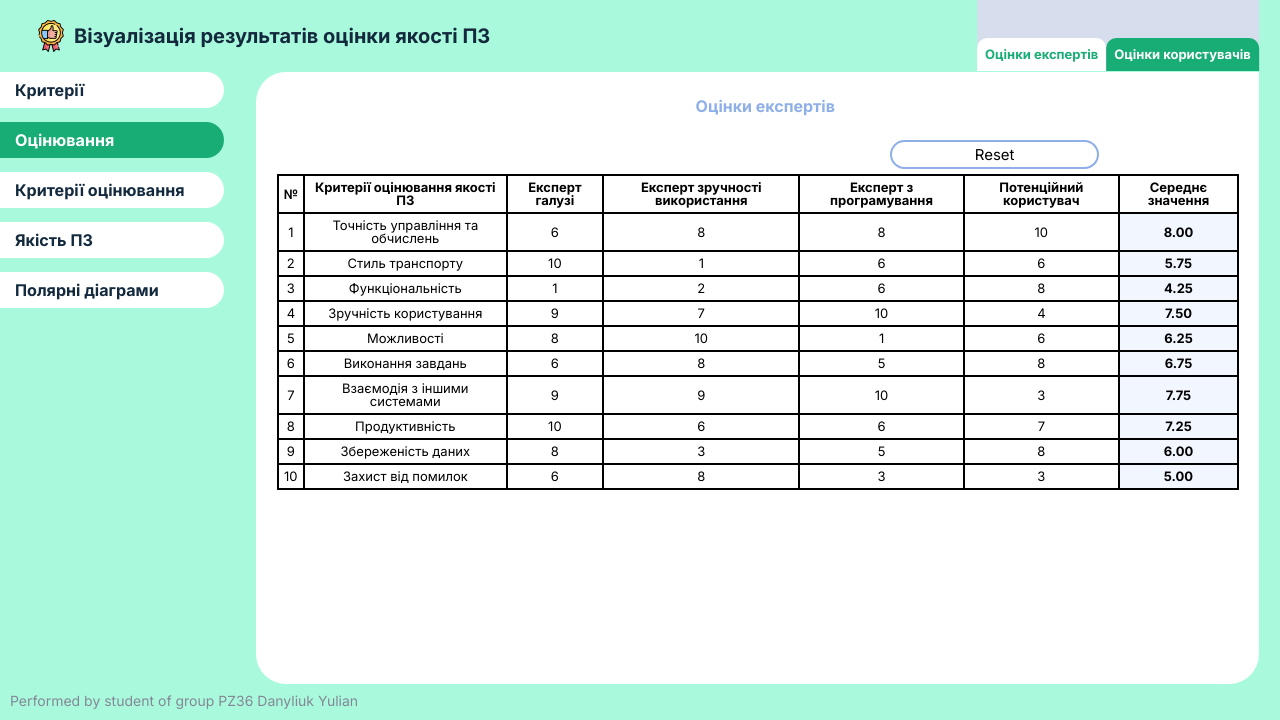
Repository: Akmitliviy/SA
Page: Lab06/lab6/Evaluation.html
An editor plug-in stored every save of this project. The page is shown before and after the next save, followed by the edit.
The browser window is 1280 px wide. The pictures show the whole page.

Above is the page before, as saved 2023-12-07 00:11:05.

### Lab06/lab6/Evaluation.html
<!DOCTYPE html>
<html lang="en">

<head>

    <meta charset="utf-8">
    <meta http-equiv="X-UA-Compatible" content="IE=edge">
    <meta name="viewport" content="width=device-width, initial-scale=1, shrink-to-fit=no">
    <meta name="description" content="">
    <meta name="author" content="">

    <title>Results visualization</title>
    <script src="https://cdnjs.cloudflare.com/ajax/libs/mathjs/11.3.0/math.min.js"></script>
    <link rel="shortcut icon" type="image/png" href="img/icon.png">

    <!-- Custom fonts for this template-->
    <link href="vendor/fontawesome-free/css/all.min.css" rel="stylesheet" type="text/css">
    <link
        href="https://fonts.googleapis.com/css?family=Nunito:200,200i,300,300i,400,400i,600,600i,700,700i,800,800i,900,900i"
        rel="stylesheet">

    <!-- Custom styles for this template-->
    <link rel="stylesheet" href="https://fonts.googleapis.com/css2?family=Inter:wght@400;700&display=swap">
    <link href="css/sb-admin-2.css" rel="stylesheet">
    <link href="css/ResultsVisualization.css" rel="stylesheet">
</head>

<body id="page-top">

    <!-- Topbar -->
    <nav class="navbar">
        <!-- Sidebar Toggler (Sidebar) -->
        <div class="d-flex align-items-center justify-content-left">
            <img class="pl-4" src="img/icon.png" alt="icon">
            <span class="ml-2">Візуалізація результатів оцінки якості ПЗ</span>
        </div>
        <!-- Topbar Navbar -->
        <ul class="navbar-nav ml-auto">

        </ul>
    </nav>
    <div class="tabs">
        <button class="tablink" onclick="openPage('expert-evaluation-content', this)" id="defaultOpen">Оцінки експертів</button>
        <button class="tablink" onclick="openPage('user-evaluation-content', this)" title="Оцінки потенційних користувачів">Оцінки користувачів</button>
    </div>
    <!-- Page Wrapper -->
    <div id="wrapper">

        <!-- Sidebar -->
        <ul class="navbar-nav  sidebar  accordion" id="accordionSidebar">

            <li class="nav-item">
                <a class="nav-link pb-2"  href="Criteria.html">
                    <div class="d-flex align-items-center justify-content-left">
                        <span>Критерії</span>
                    </div>
                </a>
            </li>

            <li class="nav-item">
                <a class="nav-link pt-2 pb-2">
                    <div class="d-flex align-items-center justify-content-left" style="background-color: rgb(24, 173, 116); color: white;">
                        <span>Оцінювання</span>
                    </div>
                </a>
            </li>

            <li class="nav-item">
                <a class="nav-link pt-2 pb-2" href="EvaluationCriteria.html">
                    <div class="d-flex align-items-center justify-content-left">
                        <span>Критерії оцінювання</span>
                    </div>
                </a>
            </li>

            <li class="nav-item">
                <a class="nav-link pt-2 pb-2" href="SoftwareQuality.html">
                    <div class="d-flex align-items-center justify-content-left">
                        <span>Якість ПЗ</span>
                    </div>
                </a>
            </li>

            <li class="nav-item">
                <a class="nav-link pt-2 pb-2" href="PolarDiagrams.html">
                    <div class="d-flex align-items-center justify-content-left">
                        <span>Полярні діаграми</span>
                    </div>
                </a>
            </li>

        </ul>
        <!-- End of Sidebar -->

        <!-- Content Wrapper -->
        <div id="content-wrapper" class="d-flex flex-column">
            <!-- Main Content -->
            <div id="content">
                <div id="expert-evaluation-content" class="tabcontent" style="border-top-left-radius: 30px; border-bottom-left-radius: 30px; border-bottom-right-radius: 30px;">
                    <div  style="width: 100%;">
                        <p class="mt-4 mb-4 ml-4">Оцінки експертів</p>
                        <div class="d-flex justify-content-end" style="margin-right: 10px;">
                            <button class="select-all" onclick="reset(this)" data-table="0" data-key="table2Key" data-i1="1" data-i2="11" data-j1="2" data-j2="7">Reset</button>
                        </div>
                        <div class="ml-4 table-2"></div>
                    </div>
                </div>
                <div id="user-evaluation-content" class="tabcontent" style="border-top-left-radius: 30px; border-bottom-left-radius: 30px; border-bottom-right-radius: 30px;">
                    <div  style="width: 100%;">
                        <p class="mt-4 mb-4 ml-4">Оцінки потенційних користувачів</p>
                        <div class="d-flex justify-content-end" style="margin-right: 10px;">
                            <button class="select-all" onclick="reset(this)" data-table="1" data-key="table3Key" data-i1="1" data-i2="11" data-j1="2" data-j2="23">Reset</button>
                        </div>
                        <div class="ml-4 table-3 mr-4"></div>
                    </div>
                </div>

                <!-- Page Heading -->
            </div>
            <!-- End of Main Content -->
        </div>
        <!-- End of Content Wrapper -->
    </div>
    <!-- End of Page Wrapper -->

    <!-- Footer -->
    <footer class="footer">

            <div class="copyright text-left my-auto">
                <span>Performed by student of group PZ36 Danyliuk Yulian</span>
            </div>

    </footer>
    <!-- End of Footer -->

    <!-- Bootstrap core JavaScript-->
    <script src="vendor/jquery/jquery.min.js"></script>
    <script src="vendor/bootstrap/js/bootstrap.bundle.min.js"></script>

    <!-- Core plugin JavaScript-->
    <script src="vendor/jquery-easing/jquery.easing.min.js"></script>

    <!-- Custom scripts for all pages-->
    <script src="js/sb-admin-2.js"></script>
    <script src="js/tabs.js"></script>
    <script src="js/functions.js"></script>
    <script src="js/createTable2.js"></script>
    <script src="js/createTable3.js"></script>
</body>

</html>

### Lab06/lab6/css/ResultsVisualization.css
  /*Обнулення*/
  *{
      padding: 0;
      margin: 0;
      border: 0;
    }
    *,*:before,*:after{
      -moz-box-sizing: border-box;
      -webkit-box-sizing: border-box;
      box-sizing: border-box;
    }
    :focus,:active{outline: none;}
    a:focus,a:active{outline: none;}
    nav,footer,header,aside{display: block;}
    html,body{
      height: 100%;
      width: 100%;
      font-size: 100%;
      line-height: 1;
      font-size: 14px;
      -ms-text-size-adjust: 100%;
      -moz-text-size-adjust: 100%;
      -webkit-text-size-adjust: 100%;
    }
    input,button,textarea{font-family:inherit;}
    input::-ms-clear{display: none;}
    button{cursor: pointer;}
    button::-moz-focus-inner {padding:0;border:0;}
    a, a:visited{text-decoration: none;}
    a:hover{text-decoration: none;}
    ul li{list-style: none;}
    img{vertical-align: top;}
    h1,h2,h3,h4,h5,h6{font-size:inherit;font-weight: 400;}

  body {
      background-color: rgb(169, 250, 220);
      overflow: hidden; /* Заборона прокрутки на рівні тіла сторінки */
      height: 100%;
      margin: 0;
      font-family: 'Inter', sans-serif;
  }

  .navbar{
    height: 10%;
  }

  .nav-item img {
      width: 25%;
  }

  #wrapper {
      height: 85%; /* 100% висота відносно видимого вікна */
      overflow: hidden; /* Заборона прокрутки в обгортці */
  }

  #content-wrapper {
      /*height: calc(100vh - 56px); /* 56px - висота вашого навбару */
      overflow: hidden;
      display: flex;
      flex-direction: column;
      position: relative; /* Зробимо wrapper відносної позиції */
  }

  #content {
      flex-grow: 1;
      overflow-y: auto;
      overflow: hidden;
  }

  .footer {
      height: 5%;
      background-color: transparent; /* Колір фону вашого футера */
      padding: 10px;
      text-align: center;
      margin-top: auto; /* Розміщення футера внизу контейнера */
  }

  .nav-item span {
    font-family: 'Inter', sans-serif;
    font-weight: bold;
    font-size: 40px;
    margin-left: 5px;
  }

  .nav-item div {
    color: #13293D;
    text-decoration: none;
    background-color: white;
    border-top-right-radius: 30px;
    border-bottom-right-radius: 30px;
    padding: 10px;
  }

  .nav-item img {
    width: 20%;
    margin-right: 10px;
    height: 30px;
    width: 30px;
  }

  .navbar span {
    font-family: 'Inter', sans-serif;
    font-weight: bold;
    font-size: 20px;
    margin-left: 5px;
    color:#13293D;
  }

  .tabs {
    position: absolute;
    top: 0;
    left: 98.35%;
    transform: translateX(-100%);
    z-index: 2;
    background-color: #D6DEEE;
    display: flex;
    flex-direction: row;
    padding-top: 38px;
    width: max-content; /* Змінено на max-content */
  }


.sidebar-toggled .tabs {
      left: 98% !important;
}


  .tablink {
    background-color: rgb(24, 173, 116);
    color: rgb(24, 173, 116);
    border: none;
    outline: none;
    cursor: pointer;
    padding: 10px 8px;
    font-size: 13px;
    font-weight: 600;
    box-sizing: border-box;
    text-align: center;
    border-top-left-radius: 10px;
    border-top-right-radius: 10px;
  }

  .tablink:hover {
    background-color: rgb(24, 173, 116)
    }


#defaultOpen {
  background-color: white;
  color: #8EAFE8;
}

.tabcontent {
  display: flex;
  flex-direction: row;
  align-items: stretch;
  margin-right: 5%;
  margin-left: 3%;
}

#criteria-content,
#field-diagram-content,
#usability-diagram-content,
#programming-diagram-content,
#users-diagram-content,
#aggregated-diagram-content,
#generalized-diagram-content,
#expert-evaluation-content,
#user-evaluation-content,
#expert-type-content,
#calculation-results-content{
    background-color: white;
    height: 100%;
    width: 95%;
    overflow: hidden;
  }

p{
  color: #8EAFE8;
  font-size: 16px;
  font-weight: bold;
  padding: 5px 5px 5px 0px;
  text-align: center;
}

.table-container {
  max-height: 100px; /* Set a max height for the container */
  overflow-y: auto; /* Enable vertical scrolling */
  margin-bottom: 15px;
}

table, th, td {
  border: 2px solid black;
  font-family: 'Inter', sans-serif;
  font-size: 13px;
  color: black;
  padding: 5px;
  text-align: center;
}

.select-all{
  font-family: 'Inter', sans-serif;
  font-size: 15px;
  border-radius: 20px;
  border: solid #8EAFE8 2px;
  background-color: white;
  width: 21%;
  margin-left: auto;
  margin-bottom: 5px;
  margin-right: 150px;
  padding: 5px;
}


/* Зелений колір для низького пріоритету */
.low-priority {
  background-color: #CCFFE5; /* Зелений колір */
}

/* Жовтий колір для середнього пріоритету */
.medium-priority {
  background-color: #FFFFCC; /* Жовтий колір */
}

/* Червоний колір для високого пріоритету */
.high-priority {
  background-color: #FFCCCC; /* Червоний колір */
}

input {
  background-color: transparent;
}

.invalid-input {
  background-color: #ffe6e6; /* Фон червоного кольору */
  color: red; /* Колір тексту червоний */
}

.table-2,
.table-3 {
  width: 100%; /* або будь-яке інше значення, яке вам потрібно */
  height: 433px; /* або будь-яке інше значення, яке вам потрібно */
  overflow: auto; /* додати горизонтальний та вертикальний scrollbars, коли вони необхідні */
  padding-right: 20px;
}

.table-1 tr td:last-child,
.table-2 tr td:last-child,
.table-3 tr td:last-child,
.table-4 tr td:last-child {
  background-color: #F2F6FF;
  font-weight: bold;
}

.centered-items {
  display: flex;
  align-items: center;     /* Center items vertically */
  flex-direction: column;  /* Stack children vertically */
}

.canvaDiagram {
  margin-top: 80px;
}

### Lab06/lab6/js/sb-admin-2.js
(function($) {
  "use strict"; // Start of use strict

  // Toggle the side navigation
  $("#sidebarToggle, #sidebarToggleTop").on('click', function(e) {
    $("body").toggleClass("sidebar-toggled");
    $(".sidebar").toggleClass("toggled");
    if ($(".sidebar").hasClass("toggled")) {
      $('.sidebar .collapse').collapse('hide');
    };
  });

  // Close any open menu accordions when window is resized below 768px
  $(window).resize(function() {
    if ($(window).width() < 768) {
      $('.sidebar .collapse').collapse('hide');
    };

    // Toggle the side navigation when window is resized below 480px
    if ($(window).width() < 480 && !$(".sidebar").hasClass("toggled")) {
      $("body").addClass("sidebar-toggled");
      $(".sidebar").addClass("toggled");
      $('.sidebar .collapse').collapse('hide');
    };
  });

  // Prevent the content wrapper from scrolling when the fixed side navigation hovered over
  $('body.fixed-nav .sidebar').on('mousewheel DOMMouseScroll wheel', function(e) {
    if ($(window).width() > 768) {
      var e0 = e.originalEvent,
        delta = e0.wheelDelta || -e0.detail;
      this.scrollTop += (delta < 0 ? 1 : -1) * 30;
      e.preventDefault();
    }
  });

  // Scroll to top button appear
  $(document).on('scroll', function() {
    var scrollDistance = $(this).scrollTop();
    if (scrollDistance > 100) {
      $('.scroll-to-top').fadeIn();
    } else {
      $('.scroll-to-top').fadeOut();
    }
  });

  // Smooth scrolling using jQuery easing
  $(document).on('click', 'a.scroll-to-top', function(e) {
    var $anchor = $(this);
    $('html, body').stop().animate({
      scrollTop: ($($anchor.attr('href')).offset().top)
    }, 1000, 'easeInOutExpo');
    e.preventDefault();
  });

})(jQuery); // End of use strict

### Lab06/lab6/js/tabs.js
function openPage(pageName, elmnt) {
  var i, tabcontent, tablinks;
  tabcontent = document.getElementsByClassName("tabcontent");
  for (i = 0; i < tabcontent.length; i++) {
    tabcontent[i].style.display = "none";
  }
  tablinks = document.getElementsByClassName("tablink");
  for (i = 0; i < tablinks.length; i++) {
    tablinks[i].style.backgroundColor = "rgb(24, 173, 116)";
    tablinks[i].style.color = "white";
  }
  var selectedPage = document.getElementById(pageName);
  selectedPage.style.display = "flex";
  elmnt.style.backgroundColor = "white";
  elmnt.style.color = "rgb(24, 173, 116)";
}

// Get the element with id="defaultOpen" and click on it
document.getElementById("defaultOpen").click();

### Lab06/lab6/js/createTable2.js
function generateTable2() {
    const div = document.querySelector(".table-2");
    const table = document.createElement("table");
    let thead = document.createElement("thead");
    table.style.border = "1";

    // Create header
    const headerRow = document.createElement("tr");
    const criteriaHeader = document.createElement("th");
    const th1 = document.createElement("th");
    th1.textContent = "№";
    criteriaHeader.textContent = "Критерії оцінювання якості ПЗ";
    headerRow.appendChild(th1);
    headerRow.appendChild(criteriaHeader);
    const headers = ["Експерт галузі", "Експерт зручності використання", "Експерт з програмування", "Потенційний користувач", "Середнє значення"];
    headers.forEach(header => {
        const th = document.createElement("th");
        th.textContent = header;
        headerRow.appendChild(th);
    });
    thead.appendChild(headerRow);
    table.appendChild(thead);


    let tbody = document.createElement("tbody");

    generateTableRows(10, 7, tbody);
    table.appendChild(tbody);
    table.classList.add("mr-4");
    table.setAttribute("data-key", "table2Key");
    div.appendChild(table);

    fillTableWithStaticData(table);
    fillTableWithRandomNumbers(table,table.getAttribute("data-key"), 1, 11, 2, 6);
    fillPotencialUsers();
}

window.addEventListener("load", function() {
    generateTable2();
    let table = document.querySelectorAll("table")[0];
    addInputListeners(table, 1, 11, 2, 7);
    calculateAverage(table, 1, 11, 2, 7);
    saveDataToLocalStorage(table,table.getAttribute("data-key"),1, 11, 2, 7);
});

function fillPotencialUsers() {
    let table = document.querySelectorAll('table')[0];
    let localStorageArray = JSON.parse(localStorage.getItem('table3Key'));
    if (!localStorageArray) return;
    for(let i = 1; i <= 10; i++) {
        table.rows[i].cells[5].textContent = parseFloat(localStorageArray[i-1]['cell22']);
    }

}

### Lab06/lab6/js/createTable3.js
function generateTable3() {
    const div = document.querySelector(".table-3");
    const table = document.createElement("table");
    let thead = document.createElement("thead");
    table.style.border = "1";

    // Create header
    const headerRow = document.createElement("tr");
    const criteriaHeader = document.createElement("th");
    const th1 = document.createElement("th");
    th1.textContent = "№";
    criteriaHeader.textContent = "Критерії оцінювання якості ПЗ";
    headerRow.appendChild(th1);
    headerRow.appendChild(criteriaHeader);
    let headers = [];
    for (let i = 1; i <= 20; i++) {
        headers.push("User" + i);
    }
    headers.push("Середнє значення");
    headers.forEach(header => {
        const th = document.createElement("th");
        th.textContent = header;
        headerRow.appendChild(th);
    });
    thead.appendChild(headerRow);
    table.appendChild(thead);


    let tbody = document.createElement("tbody");

    generateTableRows(10, 23, tbody);
    table.appendChild(tbody);
    table.classList.add("mr-4");
    table.setAttribute("data-key", "table3Key");
    div.appendChild(table);

    fillTableWithStaticData(table);
    fillTableWithRandomNumbers(table,table.getAttribute("data-key"), 1, 11, 2, 23);
}

window.addEventListener("load", function() {
    generateTable3();
    let table = document.querySelectorAll("table")[1];
    addInputListeners(table, 1, 11, 2, 23);
    calculateAverage(table, 1, 11, 2, 23);
    saveDataToLocalStorage(table,table.getAttribute("data-key"),1, 11, 2, 23);
});

Loaded but not shown: Lab06/lab6/vendor/fontawesome-free/css/all.min.css (library); Lab06/lab6/css/sb-admin-2.css (library); Lab06/lab6/vendor/jquery/jquery.min.js (library); Lab06/lab6/vendor/bootstrap/js/bootstrap.bundle.min.js (library); Lab06/lab6/vendor/jquery-easing/jquery.easing.min.js (common file); Lab06/lab6/js/functions.js (274 lines, source omitted)

After the next save:
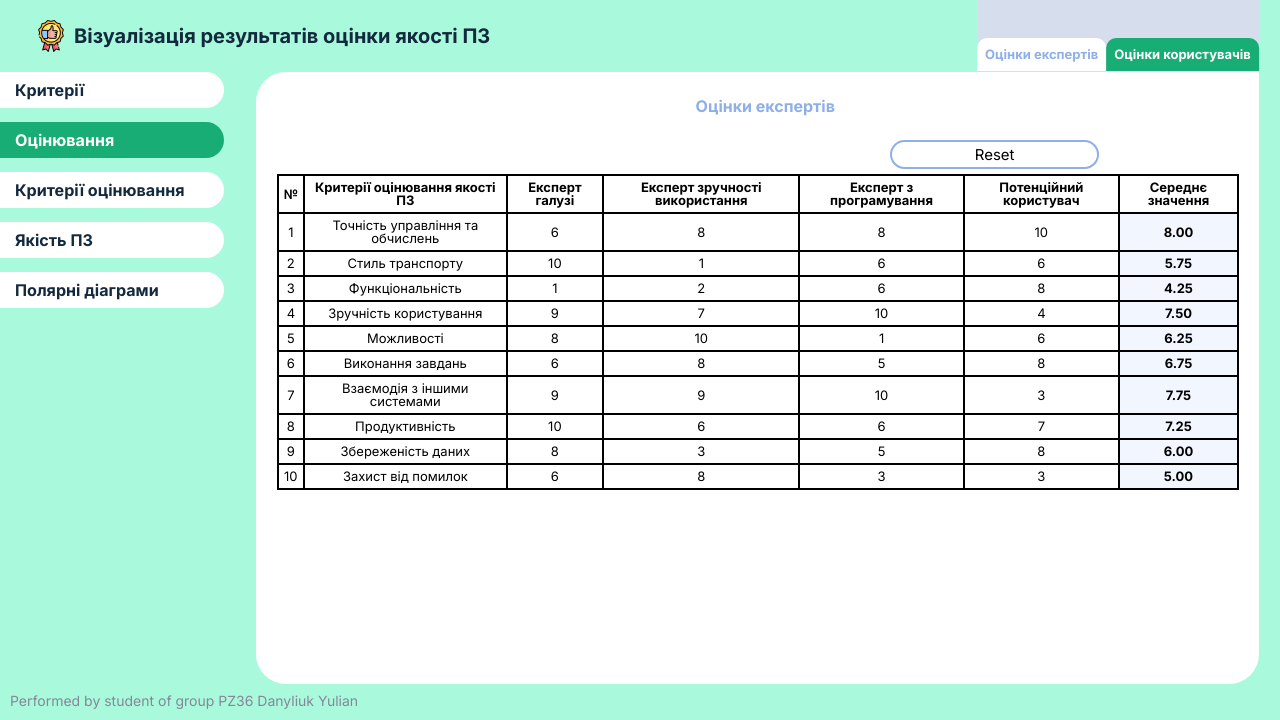
Saved 16 s later.
--- a/Lab06/lab6/js/tabs.js
+++ b/Lab06/lab6/js/tabs.js
@@ -6,13 +6,13 @@ function openPage(pageName, elmnt) {
   }
   tablinks = document.getElementsByClassName("tablink");
   for (i = 0; i < tablinks.length; i++) {
-    tablinks[i].style.backgroundColor = "rgb(24, 173, 116)";
+    tablinks[i].style.backgroundColor = "#rgb(24, 173, 116)";
     tablinks[i].style.color = "white";
   }
   var selectedPage = document.getElementById(pageName);
   selectedPage.style.display = "flex";
   elmnt.style.backgroundColor = "white";
-  elmnt.style.color = "rgb(24, 173, 116)";
+  elmnt.style.color = "#8EAFE8";
 }
 
 // Get the element with id="defaultOpen" and click on it
